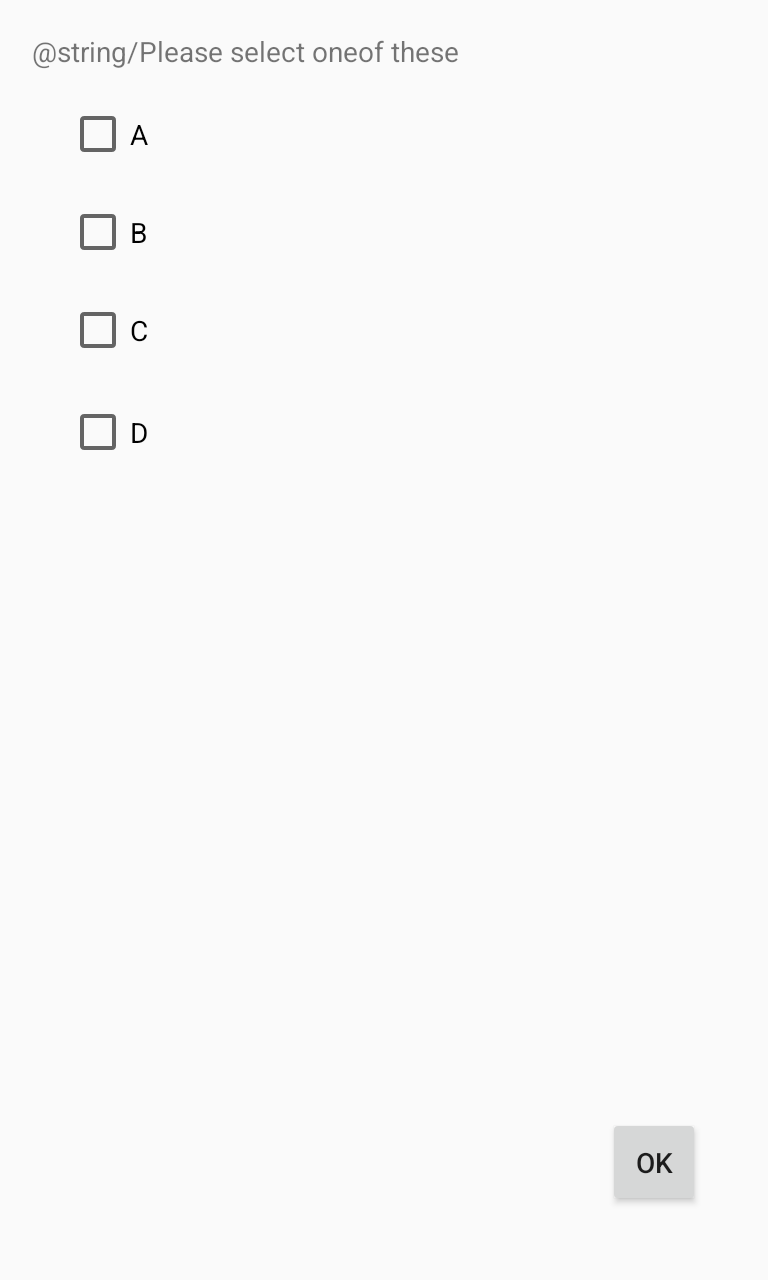
Repository: abhinav-kr/CognitiveAssistanceOnGoogleGlass
Layout: gabriel-android-glass/first-project/res/layout/activity_main.xml
The author's editor kept a copy of each file at every save. The layout is drawn from the files as they stood at one save, then again after the next save.
It is drawn on a 768 x 1280 px phone screen (xhdpi) without system bars, with theme AppTheme; the app's code is not run.

Above is the layout before, as saved 2014-09-12 18:00:36.

After the next save:
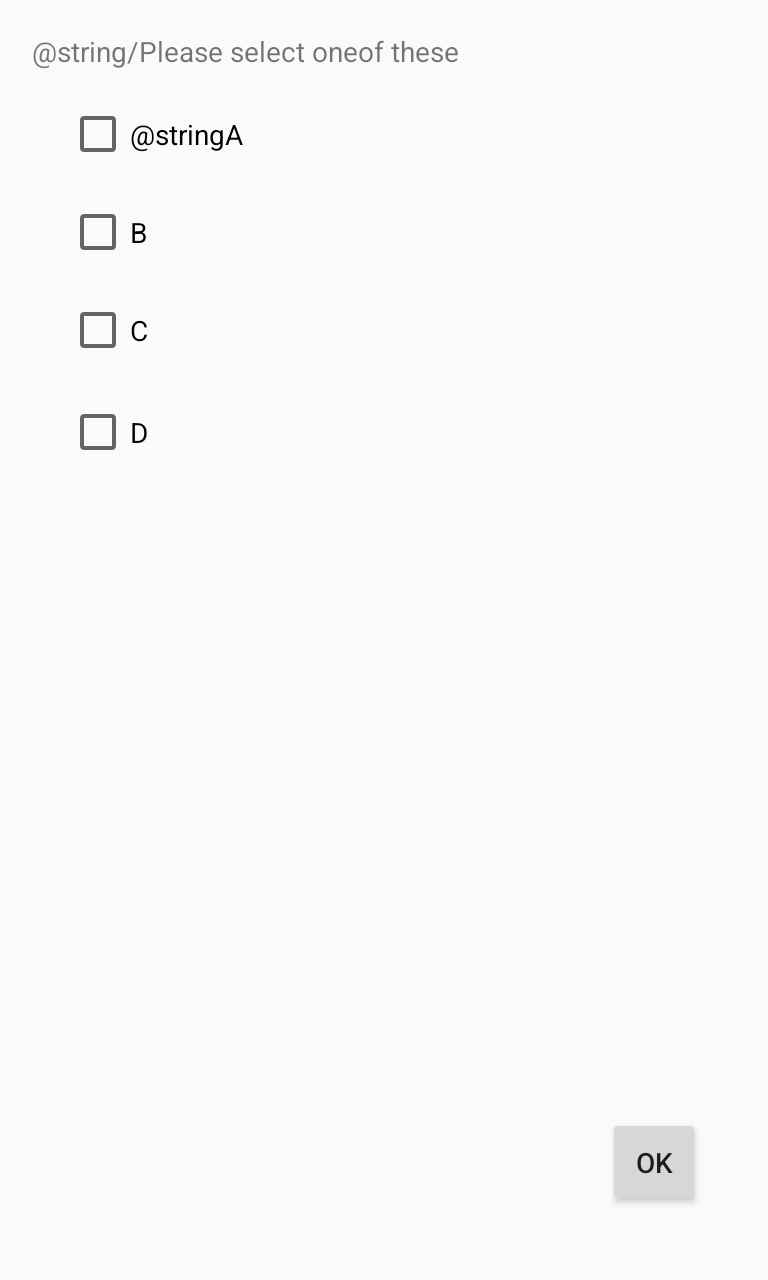
Saved 64 s later.
--- a/gabriel-android-glass/first-project/res/layout/activity_main.xml
+++ b/gabriel-android-glass/first-project/res/layout/activity_main.xml
@@ -33,7 +33,7 @@
         android:layout_below="@+id/textView1"
         android:layout_marginLeft="17dp"
         android:layout_marginTop="16dp"
-        android:text="A" />
+        android:text="@stringA" />
 
     <CheckBox
         android:id="@+id/checkBox2"
